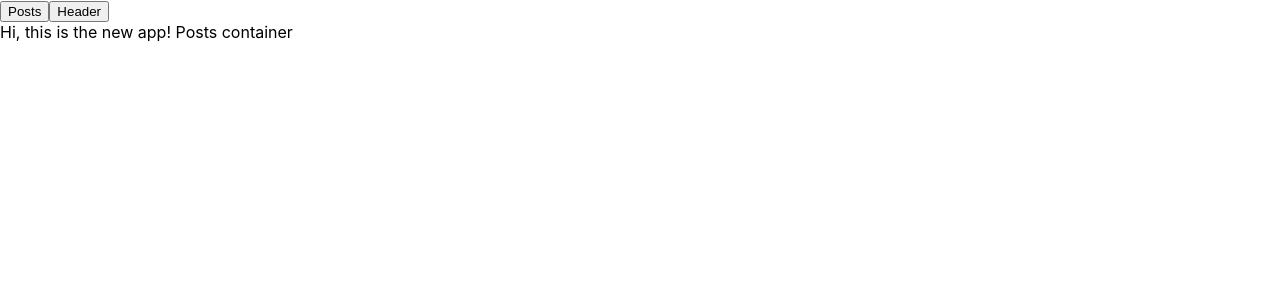
Repository: milosKomiRajkovic94/cleverbit-project
Page: /
The author's editor kept a copy of each file at every save. The page is drawn from the files as they stood at one save, then again after the next save.
The browser window is 1280 px wide. The pictures show the whole page.
The project was rebuilt for these pictures with package versions that can differ from the ones it lists, and the page was loaded fresh each time. Also part of the build but not shown: src/utils/Loader.js.

Above is the page before, as saved 2020-10-13 20:02:02.

After the next save:
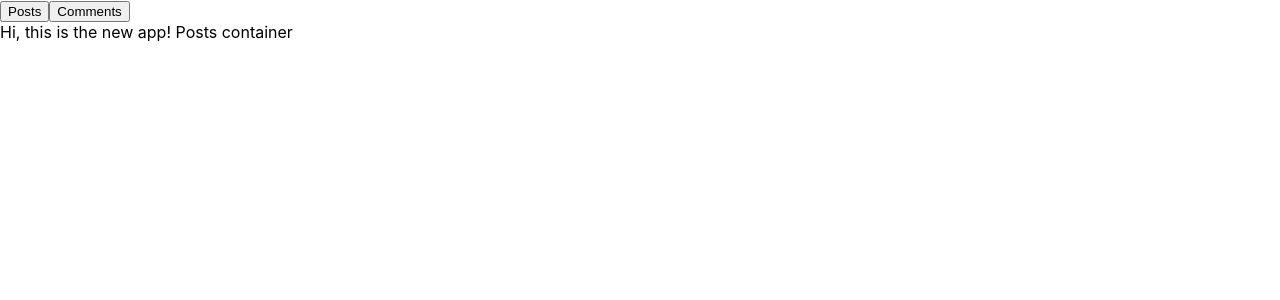
Saved 6 s later.
--- a/src/components/HeaderComponents/Header.js
+++ b/src/components/HeaderComponents/Header.js
@@ -20,7 +20,7 @@ const Header = ({ changeLocation }) => {
                 Posts
             </button>
             <button className={location.pathname === COMMENTS ? "selectedHeaderButton" : "ordinaryButton"}>
-                Header
+                Comments
             </button>
         </div>
     )
